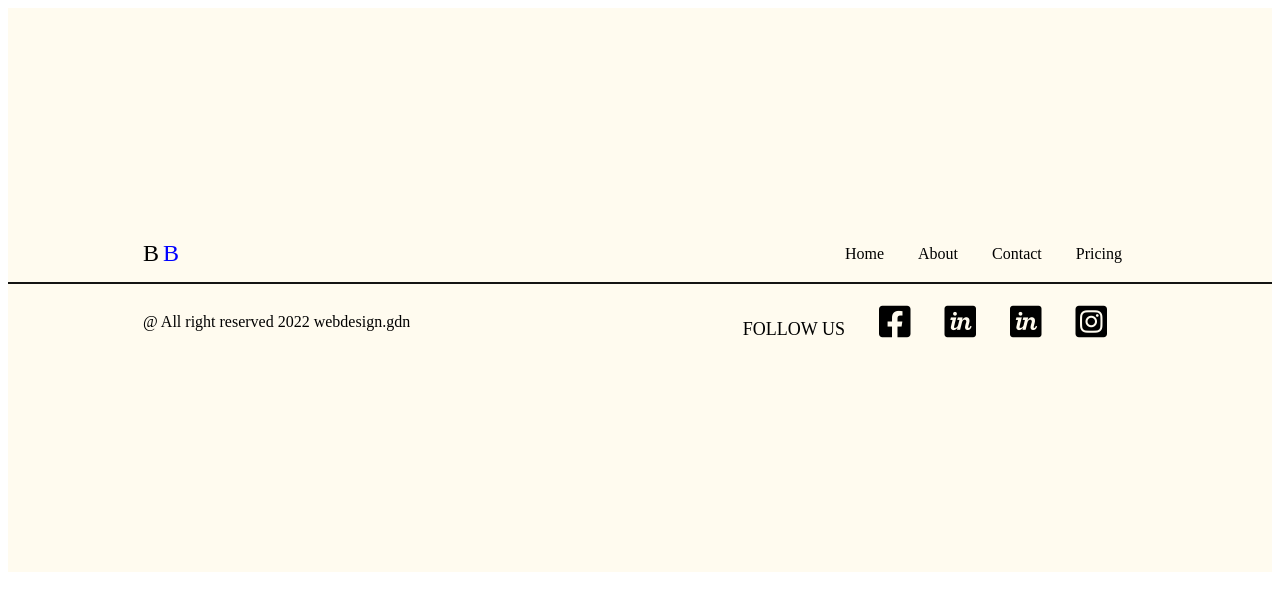
Repository: ngocphuocha/4lifeteam-marketing-agency
Page: index.html
These files come from the project's save history. The page is drawn as it stood at one moment and after the next save; the edit follows.
The browser window is 1280 px wide. The pictures show the whole page.

Above is the page before, as saved 2023-03-13 17:23:39.

After the next save:
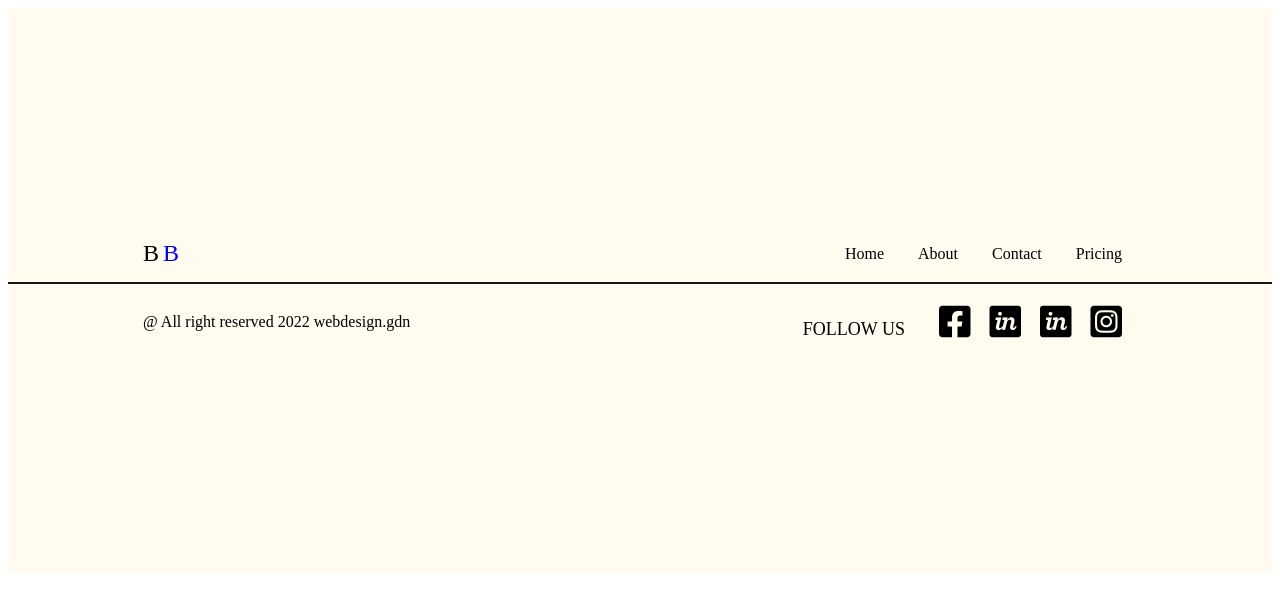
Saved 34 s later.
--- a/css/footer-service.css
+++ b/css/footer-service.css
@@ -42,8 +42,8 @@
     font-size: 18px;
   }
   .background-footer .footer .text-right i{
-    /* padding-left: 15px; */
-    padding: 0px 15px;
+    padding-left: 15px;
+    /* padding: 0px 15px; */
     font-size: 36px;
   }
 

After the save that followed:
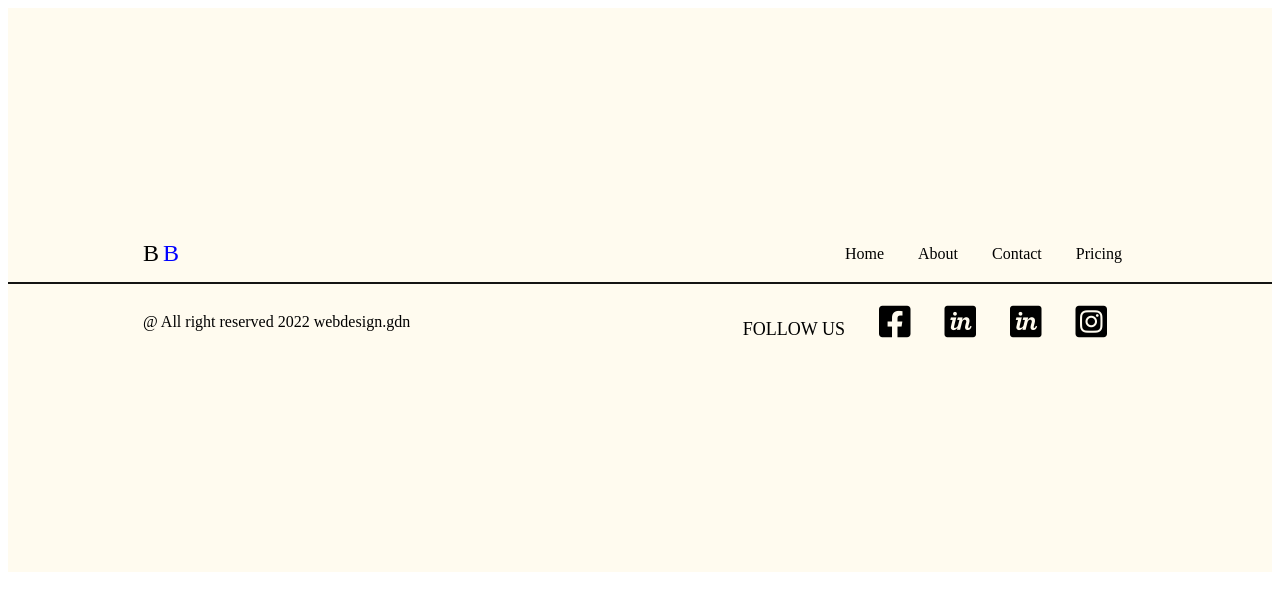
Saved 30 s later.
--- a/css/footer-service.css
+++ b/css/footer-service.css
@@ -43,7 +43,7 @@
   }
   .background-footer .footer .text-right i{
     padding-left: 15px;
-    /* padding: 0px 15px; */
+    padding: 0px 15px;
     font-size: 36px;
   }
 
